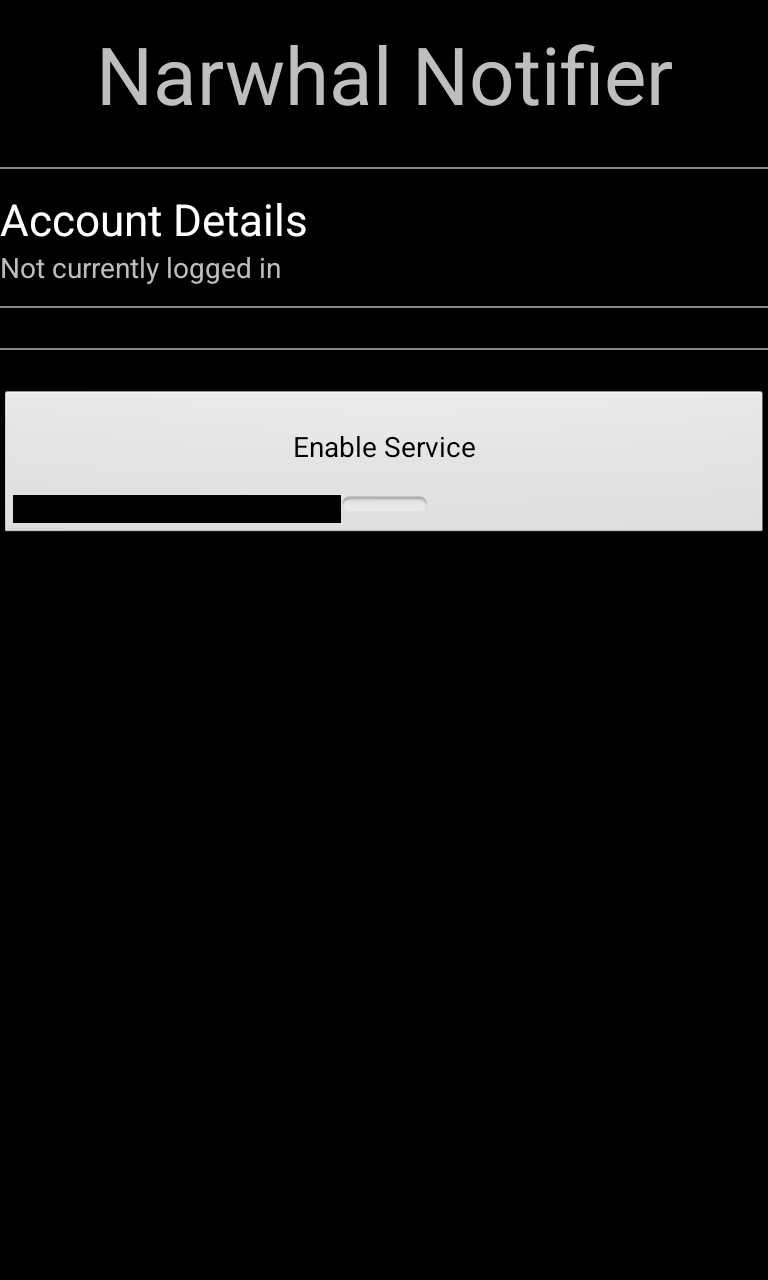
Repository: shawnbuso/NarwhalNotifier
Layout: Narwhal Notifier/res/layout/main.xml
These files come from the project's save history. The layout is drawn as it stood at one moment and after the next save; the edit follows.
It is drawn on a 768 x 1280 px phone screen (xhdpi) without system bars, with theme android:Theme; the app's code is not run.

Above is the layout before, as saved 2012-01-11 18:38:01.

### Narwhal Notifier/res/layout/main.xml
<?xml version="1.0" encoding="utf-8"?>
<LinearLayout xmlns:android="http://schemas.android.com/apk/res/android"
    android:layout_width="fill_parent"
    android:layout_height="fill_parent"
    android:orientation="vertical" >

    <TextView
        android:id="@+id/title"
        android:layout_width="fill_parent"
        android:layout_height="wrap_content"
        android:gravity="center_horizontal"
        android:text="@string/app_name"
		android:textSize="40dp"
		android:layout_marginTop="10dp"
		android:layout_marginBottom="10dp"/>

    <View
        android:id="@+id/separator"
        android:layout_width="fill_parent"
        android:layout_height="1dip"
        android:layout_alignParentTop="true"
        android:layout_centerVertical="true"
        android:background="#888888"
		android:layout_marginTop="10dp"
		android:layout_marginBottom="10dp"/>

    <include layout="@layout/list_item"
		android:layout_marginTop="10dp"
		android:layout_marginBottom="10dp"/>

    <View
        android:id="@id/separator"
        android:layout_width="fill_parent"
        android:layout_height="1dip"
        android:layout_alignParentTop="true"
        android:layout_centerVertical="true"
        android:background="#888888"
		android:layout_marginTop="10dp"
		android:layout_marginBottom="10dp"/>

    <View
        android:id="@id/separator"
        android:layout_width="fill_parent"
        android:layout_height="1dip"
        android:layout_alignParentTop="true"
        android:layout_centerVertical="true"
        android:background="#888888"
		android:layout_marginTop="10dp"
		android:layout_marginBottom="10dp"/>

    <ToggleButton
        android:id="@+id/serviceToggle"
        android:layout_width="fill_parent"
        android:layout_height="75dp"
        android:textOff="Enable Service"
        android:textOn="Disable Service"
		android:layout_marginTop="10dp"
		android:layout_marginBottom="10dp"/>

</LinearLayout>

### Narwhal Notifier/res/values/strings.xml
<?xml version="1.0" encoding="utf-8"?>
<resources>

    <string name="hello">Hello World, NarwhalNotifier!</string>
    <string name="app_name">Narwhal Notifier</string>

</resources>

### Narwhal Notifier/res/layout/list_item.xml
<?xml version="1.0" encoding="utf-8"?>
<LinearLayout xmlns:android="http://schemas.android.com/apk/res/android"
    android:layout_width="fill_parent"
    android:layout_height="wrap_content"
    android:orientation="vertical"
    android:id="@+layout/list_item" >

    <TextView
        android:id="@+id/textView1"
        android:layout_width="wrap_content"
        android:layout_height="wrap_content"
        android:text="Account Details"
        android:textAppearance="?android:attr/textAppearanceLarge" />

    <TextView
        android:id="@+id/textView2"
        android:layout_width="wrap_content"
        android:layout_height="wrap_content"
        android:text="Not currently logged in"
        android:textAppearance="?android:attr/textAppearanceSmall" />

</LinearLayout>

After the next save:
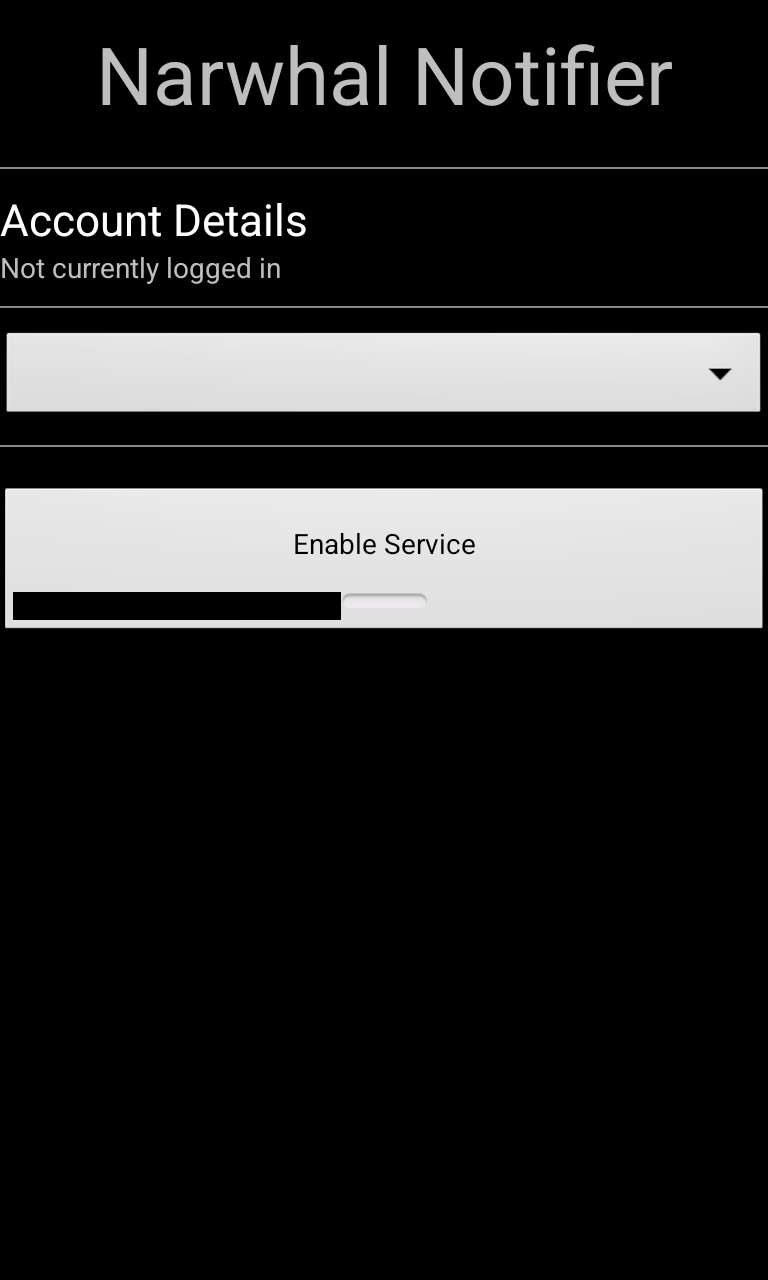
Saved 57 s later.
--- a/Narwhal Notifier/res/layout/main.xml
+++ b/Narwhal Notifier/res/layout/main.xml
@@ -38,6 +38,11 @@
 		android:layout_marginTop="10dp"
 		android:layout_marginBottom="10dp"/>
 
+    <Spinner
+        android:id="@+id/frequencySpinner"
+        android:layout_width="fill_parent"
+        android:layout_height="wrap_content" />
+
     <View
         android:id="@id/separator"
         android:layout_width="fill_parent"
